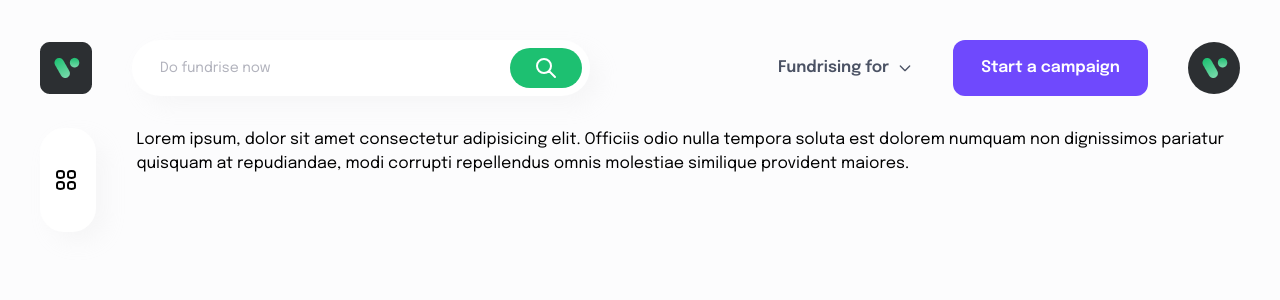
Repository: hoang0508/CrowFunding-APP
Page: /
An editor plug-in stored every save of this project. The page is shown before and after the next save, followed by the edit.
The browser window is 1280 px wide. The pictures show the whole page.
The project was rebuilt for these pictures with package versions that can differ from the ones it lists, and the page was loaded fresh each time. Also part of the build but not shown: src/components/icons/IconEyeToggle.js, src/components/common/ErrorComponent.js, src/components/button/ButtonGoogle.js. Imported but missing from the stored project, and not drawn on this page: src/store/reducers.

Above is the page before, as saved 2022-07-21 09:38:22.

After the next save:
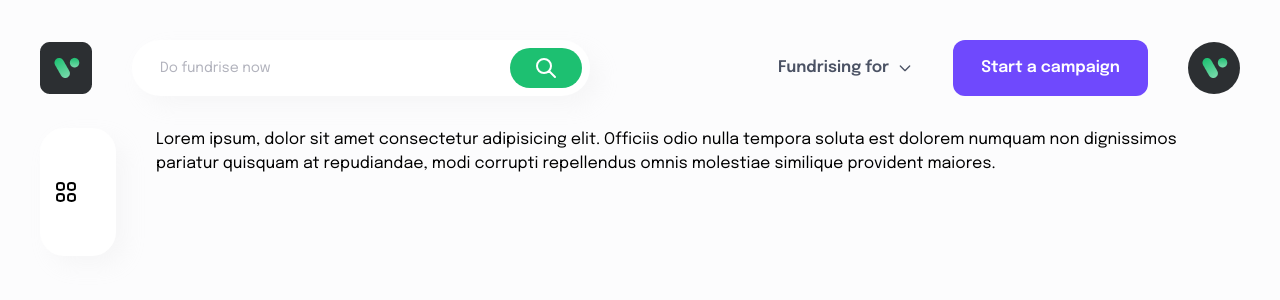
Saved 37 s later.
--- a/src/modules/dashboard/DashboardSidebar.js
+++ b/src/modules/dashboard/DashboardSidebar.js
@@ -14,7 +14,11 @@ const DashboardSidebar = () => {
   return (
     <div className="w-full md:w-[76px] rounded-3xl shadow-[10px_10px_20px_rgba(218,_213,_213,_0.15)] bg-white px-[14px] py-10">
       {sidebarLinks.map((link) => (
-        <NavLink to={link.url} key={link.title} className="flex items-center">
+        <NavLink
+          to={link.url}
+          key={link.title}
+          className="flex items-center md:w-12 md:h-12"
+        >
           <span>{link.icon}</span>
           <span className="md:hidden">{link.title}</span>
         </NavLink>
